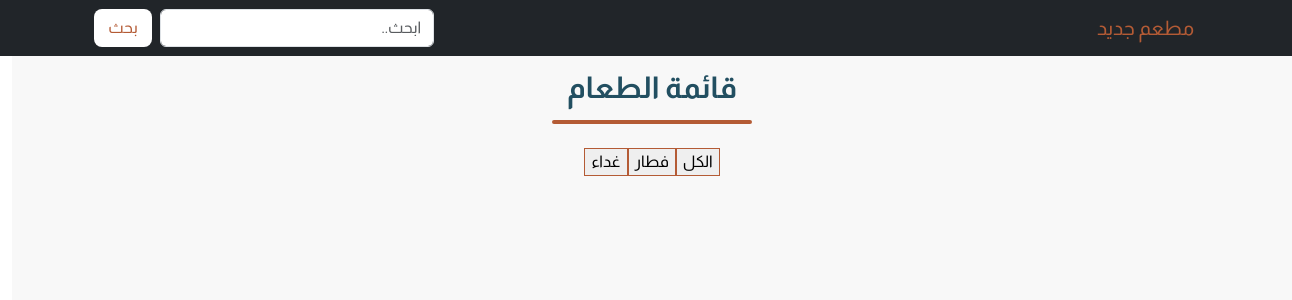
Repository: kerlos-alfy/Restaurant-Menu
Page: /
The author's editor kept a copy of each file at every save. The page is drawn from the files as they stood at one save, then again after the next save.
The browser window is 1280 px wide. The page is 1292 px wide, so the pictures cover 1292 px, including what lies to the right of the window. The pictures show the whole page.
Some web fonts or font styles are not loaded; a fallback is used. The project was rebuilt for these pictures with package versions that can differ from the ones it lists, and the page was loaded fresh each time. Also part of the build but not shown: vite.config.js, src/App.css.

Above is the page before, as saved 2024-12-20 01:21:03.

### index.html
<!DOCTYPE html>
<html lang="ar" dir="rtl">
	<head>
		<meta charset="UTF-8" />
		<link rel="icon" type="image/svg+xml" href="/vite.svg" />
		<link
			rel="stylesheet"
			href="https://cdn.jsdelivr.net/npm/bootstrap@5.3.2/dist/css/bootstrap.min.css"
			integrity="sha384-T3c6CoIi6uLrA9TneNEoa7RxnatzjcDSCmG1MXxSR1GAsXEV/Dwwykc2MPK8M2HN"
			crossorigin="anonymous" />
		<!-- Start Font Google Arabic  -->
		<link rel="preconnect" href="https://fonts.googleapis.com" />
		<link rel="preconnect" href="https://fonts.gstatic.com" crossorigin />
		<link
			href="https://fonts.googleapis.com/css2?family=Alkalami&family=Almarai:wght@300;400;700;800&family=Cairo:wght@200..1000&family=Rakkas&display=swap"
			rel="stylesheet" />
		<!-- End Font Google Arabic  -->
		<meta name="viewport" content="width=device-width, initial-scale=1.0" />
		<title>Vite + React</title>
	</head>
	<body>
		<div id="root"></div>
		<script type="module" src="/src/main.jsx"></script>
	</body>
</html>

### src/index.css
/* :root {
  font-family: Inter, system-ui, Avenir, Helvetica, Arial, sans-serif;
  line-height: 1.5;
  font-weight: 400;

  color-scheme: light dark;
  color: rgba(255, 255, 255, 0.87);
  background-color: #242424;

  font-synthesis: none;
  text-rendering: optimizeLegibility;
  -webkit-font-smoothing: antialiased;
  -moz-osx-font-smoothing: grayscale;
}

a {
  font-weight: 500;
  color: #646cff;
  text-decoration: inherit;
}
a:hover {
  color: #535bf2;
}

body {
  margin: 0;
  display: flex;
  place-items: center;
  min-width: 320px;
  min-height: 100vh;
}

h1 {
  font-size: 3.2em;
  line-height: 1.1;
}

button {
  border-radius: 8px;
  border: 1px solid transparent;
  padding: 0.6em 1.2em;
  font-size: 1em;
  font-weight: 500;
  font-family: inherit;
  background-color: #1a1a1a;
  cursor: pointer;
  transition: border-color 0.25s;
}
button:hover {
  border-color: #646cff;
}
button:focus,
button:focus-visible {
  outline: 4px auto -webkit-focus-ring-color;
}

@media (prefers-color-scheme: light) {
  :root {
    color: #213547;
    background-color: #ffffff;
  }
  a:hover {
    color: #747bff;
  }
  button {
    background-color: #f9f9f9;
  }
} */

.color-body {
	background-color: #f8f8f8;
	height: 100vh;
}
.font {
	font-family: "Almarai", sans-serif;
}
.title {
	color: #224f61;
	font-family: Almarai;
	font-size: 30px;
	font-weight: bold;
	letter-spacing: 0;
	line-height: 64px;
}
.underline {
	height: 1px;
	width: 200px;
	border-radius: 10px;
	border: 2px solid #b45b35;
}
.btn {
	color: black;
	font-family: Almarai;
	font-size: 18px;
	letter-spacing: 0;
	line-height: 24px;
}
.btn:hover {
	color: black;
	font-family: Almarai;
	font-size: 18px;
	font-weight: bold;
	letter-spacing: 0;
	line-height: 24px;
	border-radius: 11px;
	border: none;
	background-color: #b45b35;
}
.img-item {
	height: 180px;
	width: 252px;
	border-radius: 5px;
}
.item-description {
	color: #8c8c8c;
	font-family: Almarai;
	font-size: 16px;
	letter-spacing: 0;
	line-height: 20px;
}
.item-title {
	color: #555555;
	font-family: Almarai;
	font-size: 16px;
	font-weight: bold;
	letter-spacing: 0;
	line-height: 20px;
}
.card-color {
	background-color: #f8f8f8;
}
.item-price {
	color: #b45b35;
	font-family: Almarai;
	font-size: 16px;
	font-weight: bold;
	letter-spacing: 0;
	line-height: 20px;
}
.btn-search {
	border: none;
	cursor: pointer;
	color: #b45b35;
	border-radius: 3px solid #b45b35;
	border-radius: 8px;
	background-color: white;
	width: 72px;
	font-weight: 500;
}
.btn-search:hover {
	color: white;
	border-radius: 3px solid white;
	background-color: #b45b35;
	border-radius: 8px;
}
.brand-color {
	color: #b45b35;
}

### src/App.jsx
import { Container } from "react-bootstrap";
import "./App.css";
import NavBar from "./components/NavBar";
import Header from "./components/Header";
import Category from "./components/Category";
function App() {
	return (
		<div className="color-body font">
			<NavBar />
			<Container>
				<Header />
				<Category />
			</Container>
		</div>
	);
}

export default App;

### src/components/NavBar.jsx
import { Navbar, Container, Row, Nav, Form, FormControl } from "react-bootstrap";
const NavBar = () => {
	return (
		<Row>
			<Navbar bg="dark" expand="lg" variant="dark">
				<Container>
					<Navbar.Brand href="#">
						<div className="brand-color">مطعم جديد</div>
					</Navbar.Brand>
					<Navbar.Toggle aria-controls="navbarScroll" />
					<Navbar.Collapse id="navbarScroll">
						<Nav className="me-auto my-2 my-lg-0" style={{ maxHeight: "100px" }} navbarScroll></Nav>
						<Form className="d-flex">
							<FormControl type="text" placeholder="ابحث.." className="mx-2" />
							<button className="btn-search">بحث</button>
						</Form>
					</Navbar.Collapse>
				</Container>
			</Navbar>
		</Row>
	);
};

export default NavBar;

### src/components/Header.jsx
import { Col, Row } from "react-bootstrap";

const Header = () => {
	return (
		<Row>
			<Col sm="12" className="text-center justify-content-center">
				<div className="title">قائمة الطعام </div>
				<div className="justify-content-center d-flex">
					<p className="underline"></p>
				</div>
			</Col>
		</Row>
	);
};

export default Header;

### src/components/Category.jsx
import { Col, Row } from "react-bootstrap";

const Category = () => {
	return (
		<Row className="my-2 mb-5">
			<Col sm="12" className=" justify-content-center d-flex">
				<div>
					<button style={{ border: "1px solid #b45b35" }} className="btn-mx-2">
						الكل
					</button>
					<button style={{ border: "1px solid #b45b35" }} className="btn-mx-2">
						فطار
					</button>
					<button style={{ border: "1px solid #b45b35" }} className="btn-mx-2">
						غداء
					</button>
				</div>
			</Col>
		</Row>
	);
};

export default Category;

Loaded but not shown: src/main.jsx (common file)

After the next save:
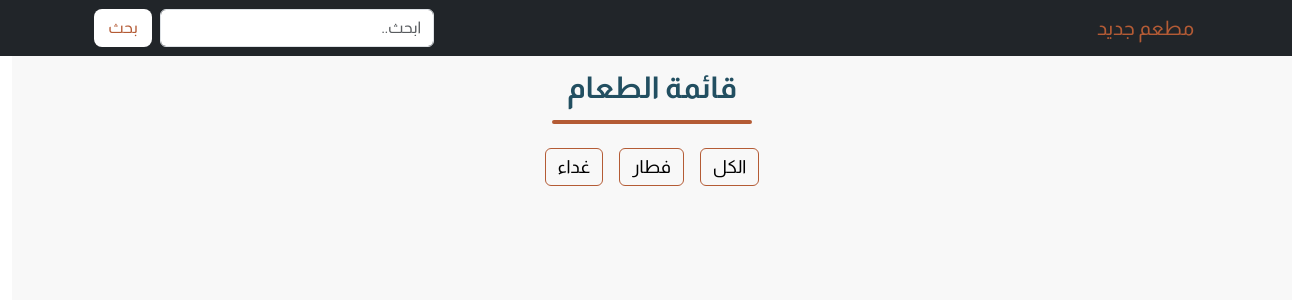
Saved 25 s later.
--- a/src/components/Category.jsx
+++ b/src/components/Category.jsx
@@ -5,13 +5,13 @@ const Category = () => {
 		<Row className="my-2 mb-5">
 			<Col sm="12" className=" justify-content-center d-flex">
 				<div>
-					<button style={{ border: "1px solid #b45b35" }} className="btn-mx-2">
+					<button style={{ border: "1px solid #b45b35" }} className="btn mx-2">
 						الكل
 					</button>
-					<button style={{ border: "1px solid #b45b35" }} className="btn-mx-2">
+					<button style={{ border: "1px solid #b45b35" }} className="btn mx-2">
 						فطار
 					</button>
-					<button style={{ border: "1px solid #b45b35" }} className="btn-mx-2">
+					<button style={{ border: "1px solid #b45b35" }} className="btn mx-2">
 						غداء
 					</button>
 				</div>
